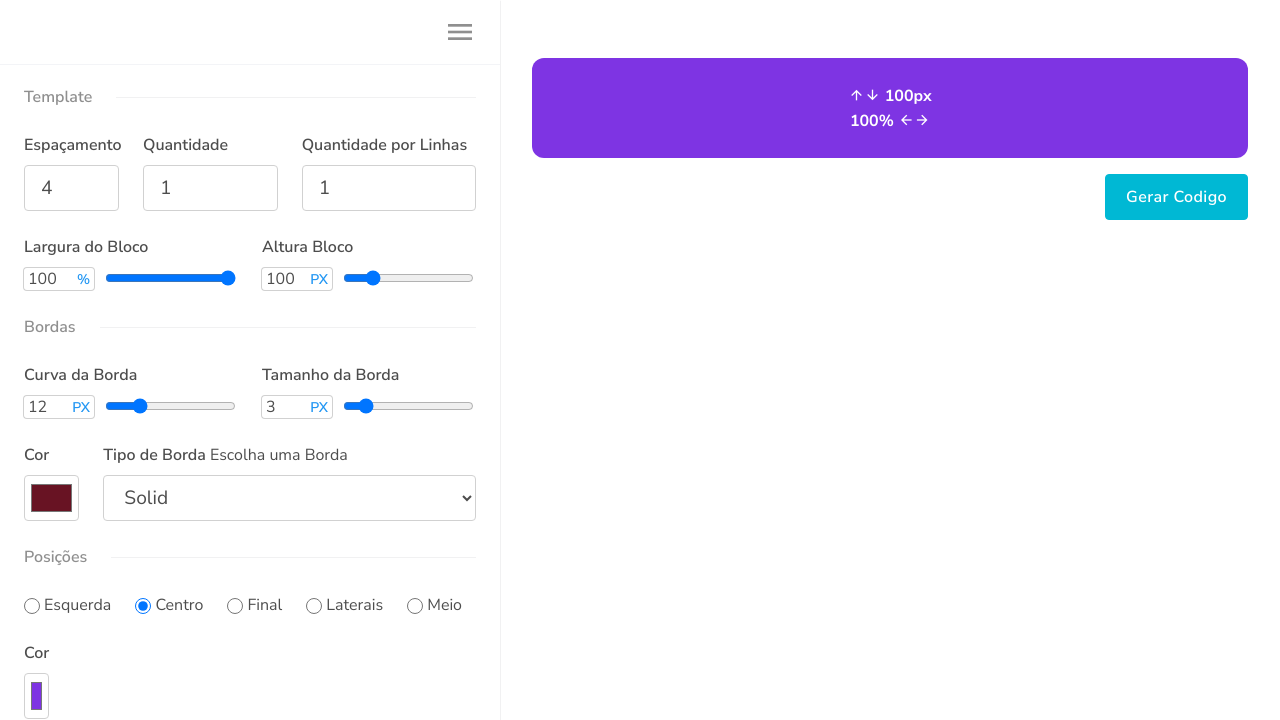
Repository: Flintdl/lowcode-elements
Page: /
The author's editor kept a copy of each file at every save. The page is drawn from the files as they stood at one save, then again after the next save.
The browser window is 1280 px wide. The pictures show the whole page.
The project was rebuilt for these pictures with package versions that can differ from the ones it lists, and the page was loaded fresh each time. Also part of the build but not shown: vue.config.js.

Above is the page before, as saved 2022-04-05 16:03:12.

After the next save:
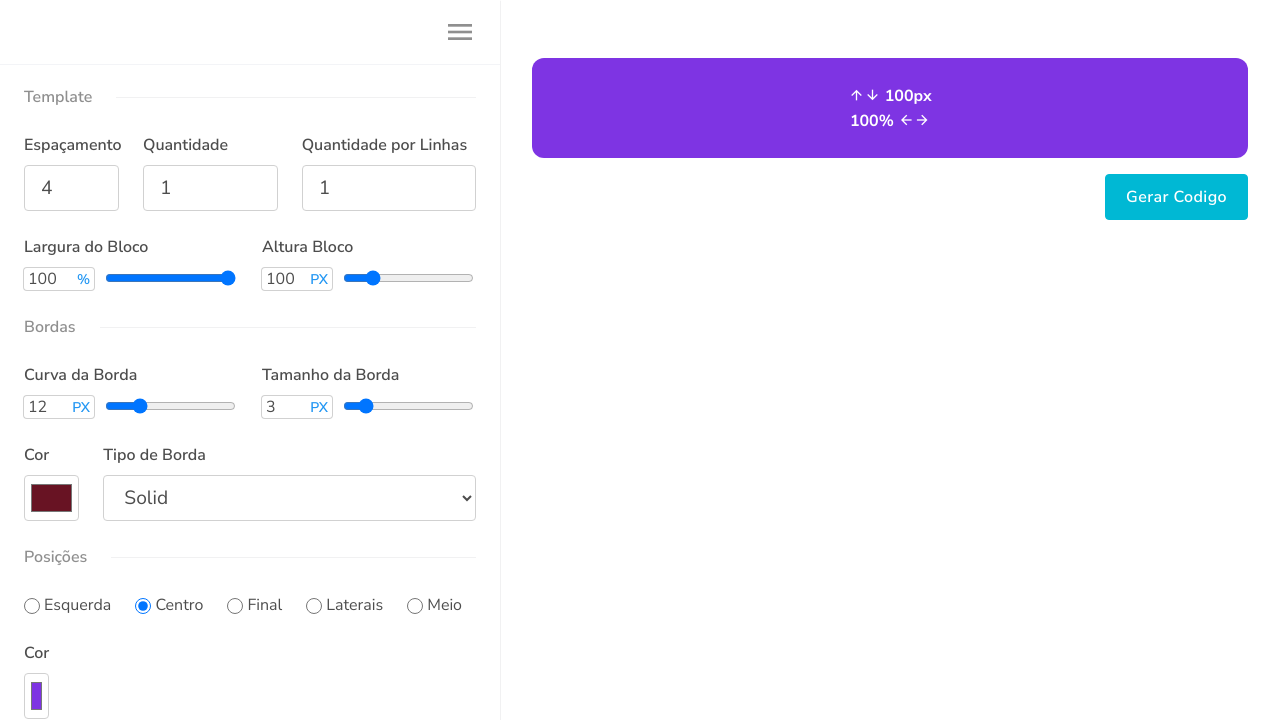
Saved 17 s later.
--- a/src/components/templates/InputBorderTipoBloco.vue
+++ b/src/components/templates/InputBorderTipoBloco.vue
@@ -1,7 +1,7 @@
 <template>
   <div class="sf-col-10 sf-form-group">
     <label class="sf-label">Tipo de Borda</label>
-    {{ valorInput }}
+    {{ items.value }}
     <select
       id="inputBorderTipo"
       v-model="items.value"
